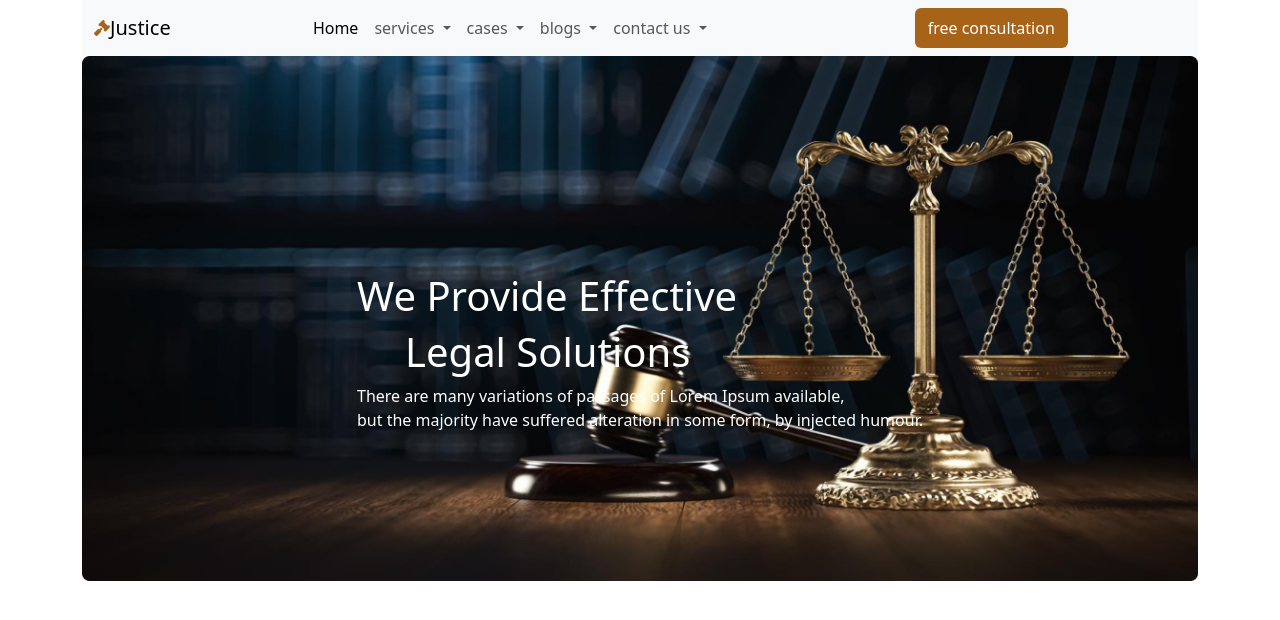
Repository: sadiaafsana138/justice
Page: index.html
These files come from the project's save history. The page is drawn as it stood at one moment and after the next save; the edit follows.
The browser window is 1280 px wide. The pictures show the whole page.
Some web libraries are served in a nearby version.

Above is the page before, as saved 2023-01-25 18:20:23.

After the next save:
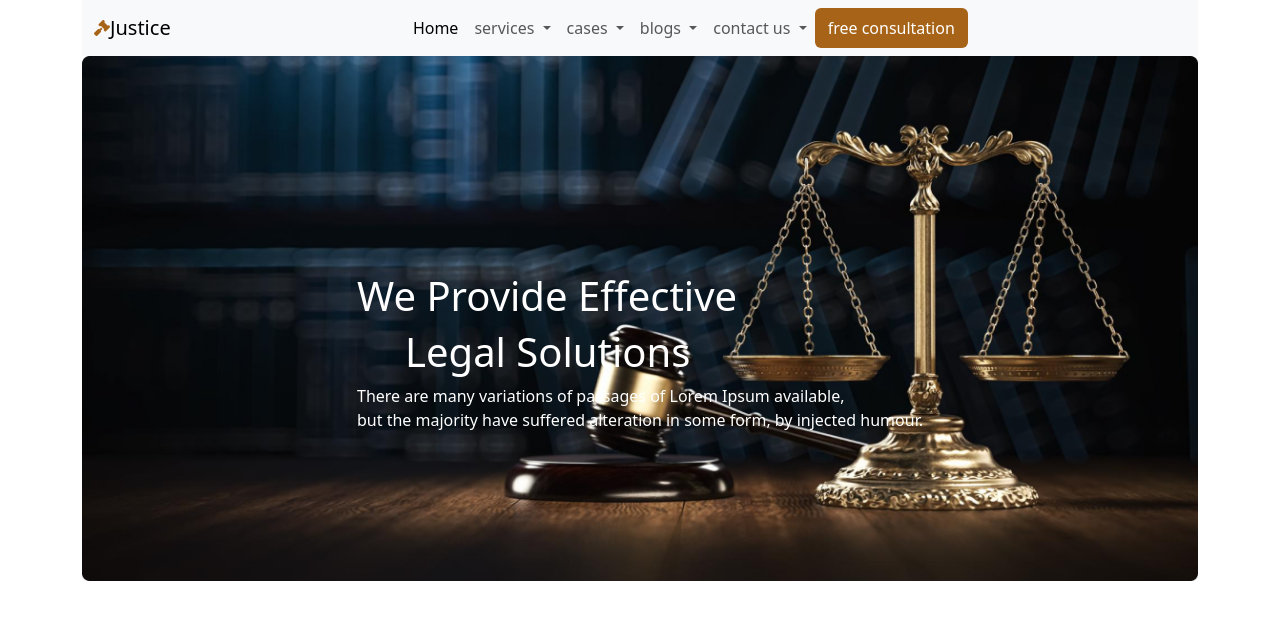
Saved 26 s later.
--- a/css/Styles.css
+++ b/css/Styles.css
@@ -8,7 +8,7 @@
     color: white;
 }
 .navbar-btn{
-    margin-left: 200px;
+    margin-left: 00px;
 }
 .banner-text{
 
